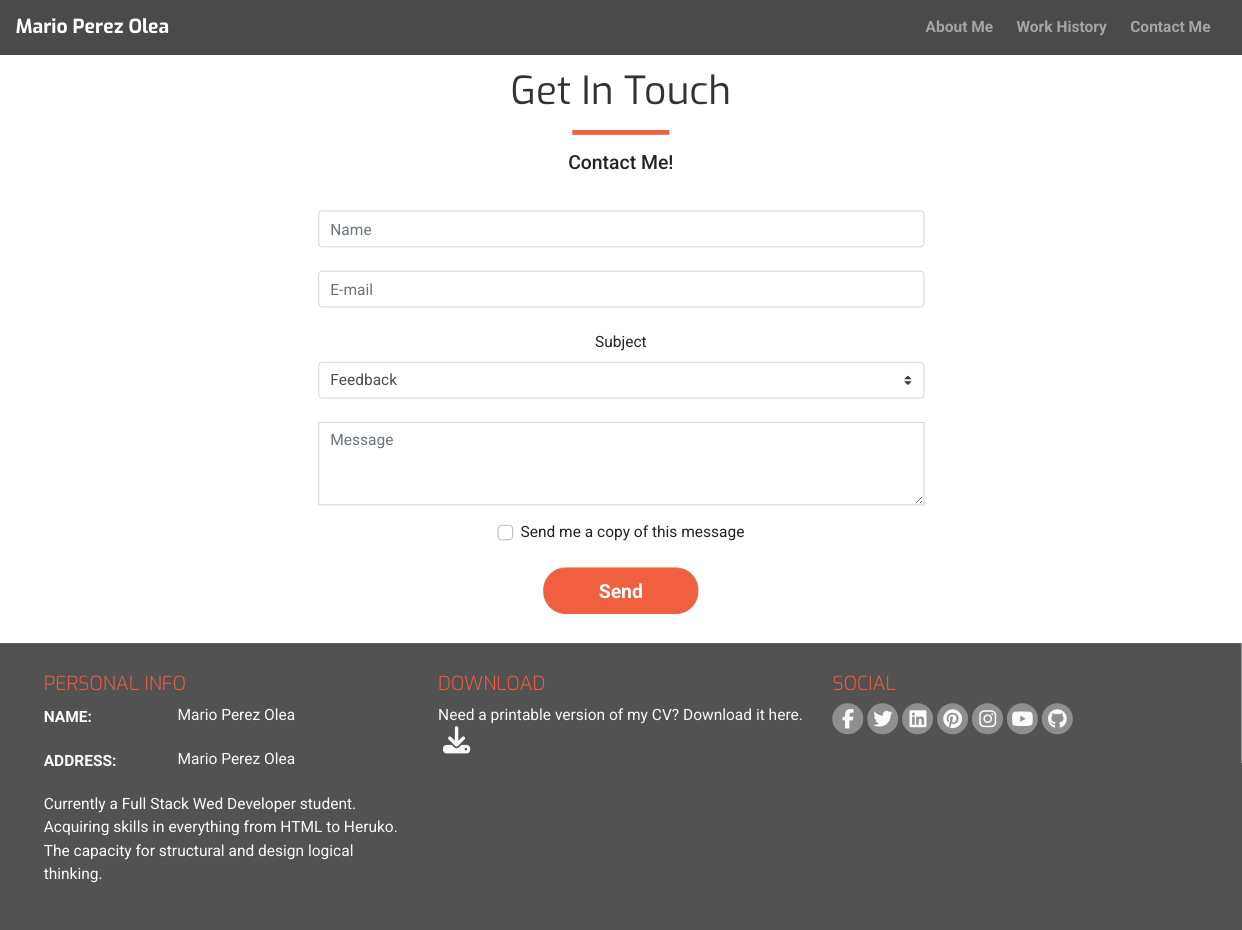
Repository: Supermario78/my-first-milestone-project
Page: contact.html
The author's editor kept a record of every edit. The page is drawn from the files as they stood at one moment, then again after the next edit.
The browser window is 1280 px wide. The pictures show the whole page, at 97% of full size.
Some web libraries are served in a nearby version.

Above is the page before.

### contact.html
<!DOCTYPE html>
<html lang="en">

<head>
    <meta charset="UTF-8">
    <meta name="viewport" content="width=device-width, initial-scale=1.0">
    <meta http-equiv="X-UA-Compatible" content="ie=edge">
    <link rel="stylesheet" href="https://stackpath.bootstrapcdn.com/bootstrap/4.3.1/css/bootstrap.min.css" type="text/css" />
    <link rel="stylesheet" href="https://stackpath.bootstrapcdn.com/font-awesome/4.7.0/css/font-awesome.min.css" type="text/css" />
    <link href="https://fonts.googleapis.com/css?family=Roboto:400,700&display=swap" rel="stylesheet">
    <script src="https://kit.fontawesome.com/2890cdb4fa.js"></script>
    <link rel="stylesheet" href="assets/css/style.css" type="text/css" />
    <title>Personal Profile | Mario Perez Olea</title>
</head>

<body>
    <section class="container-fluid fixed-top">
        <div class="navalert-container navbar-contact">
            <nav class="navbar navbar-dark navbar-expand-sm">
                <a href="index.html" class="navbar-brand">Mario Perez Olea</a>

                <button class="navbar-toggler ml-auto" type="button" data-toggle="collapse" data-target="#navbarNavDropdown" aria-controls="navbarNavDropdown" aria-expanded="false" aria-label="Toggle navigation">
        <span class="navbar-toggler-icon"></span></button>

                <div class="collapse navbar-collapse" id="navbarNavDropdown">
                    <ul class="navbar-nav ml-auto">
                        <li class="nav-item mr-2"><a class="nav-link" href="index.html#about-me">About Me</a></li>
                        <li class="nav-item mr-2"><a class="nav-link" href="work-history.html" class="hvr-sweep-to-bottom">Work History</a></li>
                        <li class="nav-item mr-2"><a class="nav-link" href="contact.html">Contact Me</a></li>
                    </ul>
                </div>
            </nav>
        </div>
    </section>

    <section class="container-fluid">
        <div class="row bg-color-contact-section">
            <div class="col">
                <h3 class="contact-heading text-center">Get In Touch</h3>
                <hr class="block-divider block-divider--orange">

                <h5 class="text-center">Contact Me!</h5>

                <div class="center-form text-center">
                    <!-- Name -->
                    <input type="text" id="defaultContactFormName" class="form-control mb-4" placeholder="Name">

                    <!-- Email -->
                    <input type="email" id="defaultContactFormEmail" class="form-control mb-4" placeholder="E-mail">

                    <!-- Subject -->
                    <label>Subject</label>
                    <select class="browser-default custom-select mb-4">
                        <option value="" disabled>Choose option</option>
                        <option value="1" selected>Feedback</option>
                        <option value="2">Report a bug</option>
                        <option value="3">Request Colaboration</option>
                        <option value="4">Job Prospect</option>
                        <option value="5">Other</option>
                    </select>

                    <!-- Message -->
                    <div class="form-group">
                        <textarea class="form-control rounded-0" id="exampleFormControlTextarea2" rows="3" placeholder="Message"></textarea>
                    </div>

                    <!-- Copy -->
                    <div class="custom-control custom-checkbox mb-4">
                        <input type="checkbox" class="custom-control-input" id="defaultContactFormCopy">
                        <label class="custom-control-label" for="defaultContactFormCopy">Send me a copy of this message</label>
                    </div>

                    <!-- Send button -->
                    <button class="btn btn-lg btn--cta btn--red" type="submit">Send</button>

                    </form>
                </div>
            </div>
        </div>
    </section>
    <!-----------------  footer -------->

    <footer class="container-fluid">
        <div id="footer-details" class="row footer-contact">
            <div class="col-sm-4 bg-color-personal-info section-column">
                <div class="row">
                    <div class="col-12">
                        <h5 class="uppercase general-sub">Personal Info</h5>
                    </div>
                </div>
                <div class="personal-info-item">
                    <div class="key">
                        <p class="uppercase">
                            Name:
                        </p>
                    </div>
                    <div class="value">
                        <p>
                           Mario Perez Olea
                        </p>
                    </div>
                </div>
                <div class="personal-info-item">
                    <div class="key">
                        <p class="uppercase">
                            Address:
                        </p>
                    </div>
                    <div class="value">
                        <p>
                           Mario Perez Olea
                        </p>
                    </div>
                </div>

                <p class="inline-block">
                    Currently a Full Stack Wed Developer student. Acquiring skills in everything from HTML to Heruko. The capacity for structural and design logical thinking.
                </p>
            </div>
            <div class="col-sm-4">
                <h5 class="uppercase general-sub">Download</h5>
                <p class="inline-block">
                    Need a printable version of my CV? Download it here.
                    <a href="assets/images/sample-cv.pdf" target="_blank" class="cv-pdf">
                        <i class="fa fa-download" aria-hidden="true"></i>
                        <span class="sr-only">Donwload link.</span>
                    </a>
                </p>
            </div>
            <div class="col-sm-4">
                <h5 class="uppercase general-sub">Social</h5>
                <ul class="list-inline social-links">
                    <li class="list-inline-item">
                        <a target="_blank" href="https://www.facebook.com/mpolea">
                            <i class="fab fa-facebook-f" aria-hidden="true"></i>
                            <span class="sr-only">Facebook</span>
                        </a>
                    </li>
                    <li class="list-inline-item">
                        <a target="_blank" href="https://twitter.com/MJAPO_2013">
                            <i class="fab fa-twitter" aria-hidden="true"></i>
                            <span class="sr-only">Twitter</span>
                        </a>
                    </li>
                    <li class="list-inline-item">
                        <a target="_blank" href="https://www.linkedin.com/in/marioperezolea/">
                            <i class="fab fa-linkedin" aria-hidden="true"></i>
                            <span class="sr-only">LinkedIn</span>
                        </a>
                    </li>
                    <li class="list-inline-item">
                        <a target="_blank" href="#">
                            <i class="fab fa-pinterest" aria-hidden="true"></i>
                            <span class="sr-only">Pinterest</span>
                        </a>
                    </li>
                    <li class="list-inline-item">
                        <a target="_blank" href="#">
                            <i class="fab fa-instagram" aria-hidden="true"></i>
                            <span class="sr-only">Instagram</span>
                        </a>
                    </li>
                    <li class="list-inline-item">
                        <a target="_blank" href="https://www.youtube.com/channel/UCkFh0lc0NAoH8dJ1NBmKNEQ">
                            <i class="fab fa-youtube" aria-hidden="true"></i>
                            <span class="sr-only">Youtube</span>
                        </a>
                    </li>
                    <li class="list-inline-item">
                        <a target="_blank" href="https://github.com/Supermario78">
                            <i class="fab fa-github" aria-hidden="true"></i>
                            <span class="sr-only">GitHub</span>
                        </a>
                    </li>
                </ul>
            </div>
        </div>
        </div>
    </footer>
    <!-------- /. footer ------->

    <div class="modal" tabindex="-1" role="dialog" id="getintouchModal">
        <div class="modal-dialog" role="document">
            <div class="modal-content">
                <div class="modal-header">
                    <h5 class="modal-title">Get In Touch</h5>
                    <button type="button" class="close" data-dismiss="modal" aria-label="Close">
                        <span aria-hidden="true">&times;</span>
                    </button>
                </div>
                <!-- Default form contact -->
                <form class="text-center border border-light p-5" action="#!">

                    <p class="h4 mb-4">Contact Me!</p>

                    <!-- Name -->
                    <input type="text" id="defaultContactFormName" class="form-control mb-4" placeholder="Name">

                    <!-- Email -->
                    <input type="email" id="defaultContactFormEmail" class="form-control mb-4" placeholder="E-mail">

                    <!-- Subject -->
                    <label>Subject</label>
                    <select class="browser-default custom-select mb-4">
                        <option value="" disabled>Choose option</option>
                        <option value="1" selected>Feedback</option>
                        <option value="2">Report a bug</option>
                        <option value="3">Request Colaboration</option>
                        <option value="4">Job Prospect</option>
                    </select>

                    <!-- Message -->
                    <div class="form-group">
                        <textarea class="form-control rounded-0" id="exampleFormControlTextarea2" rows="3" placeholder="Message"></textarea>
                    </div>

                    <!-- Copy -->
                    <div class="custom-control custom-checkbox mb-4">
                        <input type="checkbox" class="custom-control-input" id="defaultContactFormCopy">
                        <label class="custom-control-label" for="defaultContactFormCopy">Send me a copy of this message</label>
                    </div>

                    <!-- Send button -->
                    <button class="btn btn-lg btn--cta btn--red" type="submit">Send</button>

                </form>
                <!-- Default form contact -->
            </div>
        </div>
    </div>

    <script src="https://code.jquery.com/jquery-3.3.1.slim.min.js" integrity="sha384-q8i/X+965DzO0rT7abK41JStQIAqVgRVzpbzo5smXKp4YfRvH+8abtTE1Pi6jizo" crossorigin="anonymous"></script>
    <script src="https://cdnjs.cloudflare.com/ajax/libs/popper.js/1.14.7/umd/popper.min.js" integrity="sha384-UO2eT0CpHqdSJQ6hJty5KVphtPhzWj9WO1clHTMGa3JDZwrnQq4sF86dIHNDz0W1" crossorigin="anonymous"></script>
    <script src="https://stackpath.bootstrapcdn.com/bootstrap/4.3.1/js/bootstrap.min.js" integrity="sha384-JjSmVgyd0p3pXB1rRibZUAYoIIy6OrQ6VrjIEaFf/nJGzIxFDsf4x0xIM+B07jRM" crossorigin="anonymous"></script>

</body>

</html>

### assets/css/style.css
@import url('https://fonts.googleapis.com/css?family=Roboto:100,200,300,400,500,600,700|Exo:100,200,300,400,500,600,700');

body {
	font-family: 'Roboto', sans-serif;
}

.bg-color-name-history-title {
	background-color: #676767;
}

.bg-color-work-history {
	background-color: #e84610;
}

.contact-heading {
	color: #333;
	text-align: center;
	font-family: "Exo", sans-serif;
	font-weight: 400;
	font-size: 40px;
	position: relative;
	margin-top: 70px;
}

.center-form {
	padding-top: 10px;
	margin: 0 auto;
	max-width: 70%;
}

.history-name {
	font-family: "Exo", sans-serif;
	font-weight: 100px;
	font-size: 28px;
	margin-top: 20px;
	color: #f05f40;
}

.list-inline-item:not(:last-child) {
	margin: 0;
}

.menucontainer {
	font-size: 0;
}

#nav {
	margin: 0;
}

#nav li {
	font-size: 14px;
	padding: 0;
}

.menuitem {
	height: 90px;
	text-align: center;
	padding: 0;
}

.menuitem a {
	width: 100%;
	text-decoration: none;
	color: #fff;
	height: 90px;
}

.menuitem a i {
	padding-top: 22px;
	display: block;
	color: #fafafa;
	font-size: 26px;
}

.menuitem span {
	display: block;
	width: 100%;
	padding-top: 5px;
	text-align: center;
	text-transform: uppercase;
	font-size: 14px;
	font-weight: 300;
	letter-spacing: 2px;
}

#nav li:hover {
	color: #fafafa;
	background: #e84610;
	transition: all 0.5s ease-in-out;
	-moz-transition: all 0.5s ease-in-out;
	-webkit-transition: all 0.5s ease-in-out;
	-o-transition: all 0.5s ease-in-out;
}

.welcome-container {
	height: 100vh;

	background: url("../images/landscape.jpeg") no-repeat bottom right fixed;
	-webkit-background-size: cover;
	-moz-background-size: cover;
	-o-background-size: cover;
	background-size: cover;

	display: flex;
	align-items: center;
	justify-content: center;

	position: relative;
}


.opaque-overlay {
	position: absolute;
	top: 0;
	left: 0;
	height: 100%;
	width: 100%;
	background-color: rgba(0, 0, 0, 0.5);
}

.video-container {
	display: flex;
	align-items: center;
	justify-content: center;
	margin-top: 50px;
	margin-bottom: 15px;
}


/* -------------- Special paddings/margins/text ------ */

/* -------------- Block dividers ------ */

.block-divider {
	width: 100px;
	height: 5px;
	border: 0;
}

.block-divider--orange {
	background-color: #f05f40;
}

.block-divider--short {
	width: 35px;
}

/* --------------- Navbar ------------- */

.navalert-container {
	position: absolute;
	top: 0;
	left: 0;
	padding-left: 0;
	padding-right: 0;
}

.navbar {
	margin-bottom: 0;
	border: 0;
	width: 100%;
	background-color: rgba(0, 0, 0, 0.1);
	z-index: 1;
}

.navbar-work,
.navbar-contact {
	position: fixed;
	margin-bottom: 20px;
	border: 0;
	width: 100%;
	background-color: #525252;
	z-index: 1;
}

.navbar-work {
	position: fixed;
}

.navbar .navbar-toggler {
	border: 0;
}

.navbar-brand {
	font-family: "Exo";
	sans-serif;
	color: #fff;
	font-weight: bold;
}

.navbar-dark .navbar-brand:hover {
    color: #e84610;
}

.navbar .navbar-nav a {
	color: #fff;
	font-weight: bold;
}


/* --------------  Jumbotron ------------*/

.jumbotron {
	background-color: transparent;
}

.jumbotron-header {
	font-family: "Exo";
	sans-serif;
	color: #fff;
	font-weight: 400;
	font-size: 46px;
	margin-top: 50px;
	margin-bottom: 30px;
}

.jumbotron .lead {
	font-family: "Roboto";
	sans-serif;
	margin: 25px;
	color: #fff;
	margin-bottom: 30px;
}

/* ----------------. Buttons ------------- */

.btn--cta {
	font-weight: bold;
	border-radius: 23px;
	width: 160px;
}

.btn--red {
	color: white;
	background-color: #f05f40;
	border-color: #f05f40;
}


.btn--red:hover,
.btn--red:active,
.btn--red:focus,
.btn--red:active:focus {
	background-color: #df4929;
	border-color: #df4929;
	color: white;
}

.history-heading,
.section-heading {
	color: #333;
	text-align: center;
	font-family: "Exo", sans-serif;
	font-weight: 400;
	font-size: 40px;
	position: relative;
	margin: 30px 0 60px;

}

.section-heading::after {
	content: "";
	width: 100px;
	position: absolute;
	margin: 0 auto;
	height: 5px;
	background: #f05f40;
	left: 0;
	right: 0;
	bottom: -10px;
}


.logo {
	background: url("../images/mario-pic2.jpg");
	background-position: center;
	background-repeat: no-repeat;
	background-size: cover;
	min-height: 360px;
	transition: all .5s ease-in-out;
	-moz-transition: all .5s ease-in-out;
	-webkit-transition: all .5s ease-in-out;
	-o-transition: all .5s ease-in-out;
}

/* --------------------- Media Queries -------------*/
.mobile-view {
	display: none;
}

@media screen and (max-width: 600px) {
	.mobile-view {
		display: block;
	}
	.desktop-view {
		display: none;
	}
}

@media(min-width: 992px) {
	.center-form {
		padding-top: 30px;
		min-height: 240px;
		margin: 0 auto;
		max-width: 50%;
	}
}

/* --------------------- Carousel -------------*/

h2 {
	color: #333;
	text-align: center;
	font-family: "Exo", sans-serif;
	font-weight: 400;
	font-size: 40px;
	position: relative;
	margin: 30px 0 60px;
}

h2::after {
	content: "";
	width: 100px;
	position: absolute;
	margin: 0 auto;
	height: 5px;
	background: #f05f40;
	left: 0;
	right: 0;
	bottom: -10px;
}

.col-center {
	margin: 0 auto;
	float: none !important;
}

.carousel {
	margin: 50px auto;
	padding: 0 70px;
}

.carousel .item {
	color: #999;
	font-size: 14px;
	text-align: center;
	overflow: hidden;
	min-height: 290px;
}

.carousel .item .img-box {
	width: 135px;
	height: 135px;
	margin: 0 auto;
	padding: 5px;
	border: 1px solid #ddd;
	border-radius: 50%;
}

.carousel .img-box img {
	width: 100%;
	height: 100%;
	display: block;
	border-radius: 50%;
}

.carousel .testimonial {
	padding: 20px 0 10px;
}

.carousel-item .testimonial:before {
	content: "\f10d";
	font-family: 'Fontawesome';
	float: left;
	margin-right: 10px;
}

.carousel .overview {
	font-style: italic;
}

.carousel .overview b {
	text-transform: uppercase;
	color: #f05f40;
}

.carousel .carousel-control {
	width: 40px;
	height: 40px;
	margin-top: -20px;
	top: 50%;
	background: none;
}

.carousel-control i {
	font-size: 68px;
	line-height: 42px;
	position: absolute;
	display: inline-block;
	color: rgba(0, 0, 0, 0.8);
	text-shadow: 0 3px 3px #e6e6e6, 0 0 0 #000;
}

.carousel .carousel-indicators {
	bottom: -40px;
}

.carousel-indicators li,
.carousel-indicators li.active {
	width: 10px;
	height: 10px;
	margin: 1px 3px;
	border-radius: 50%;
}

.carousel-indicators li {
	background: #999;
	border-color: transparent;
	box-shadow: inset 0 2px 1px rgba(0, 0, 0, 0.2);
}

.carousel-indicators li.active {
	background: #555;
	box-shadow: inset 0 2px 1px rgba(0, 0, 0, 0.2);
}

/* ------------------------------ Footer ------ */

.footer-contact {
	margin-top: 30px;
	margin-bottom: 0px;

}

.uppercase {
	text-transform: uppercase;
}

.general-sub {
	font-family: "Exo";
	sans-serif;
	font-weight: 300;
	color: #f05f40;
}

.inline-block {
	display: inline-block;
}

footer {
	background-color: #525252;
	color: #fafafa;
	min-height: 120px;
	margin: 0;
}

.cv-pdf i {
	font-size: 28px;
	color: #fafafa;
	text-align: center;
	padding-left: 5px;
	transition: all 0.5s ease-in-out;
	-moz-transition: all 0.5s ease-in-out;
	-webkit-transition: all 0.5s ease-in-out;
	-o-transition: all 0.5s ease-in-out;
}

.cv-pdf i:hover {
	color: #e84610;
}


#footer-details {
	padding: 30px;
}

.social-links {
	padding-bottom: 15px;
}

.social-links li a i {
	width: 32px;
	height: 32px;
	padding: 12px 0;
	border-radius: 50%;
	font-size: 20px;
	line-height: 7px;
	text-align: center;
	color: #fafafa;
	background: #8f8f8f;
	transition: all 0.5s ease-in-out;
	-moz-transition: all 0.5s ease-in-out;
	-webkit-transition: all 0.5s ease-in-out;
	-o-transition: all 0.5s ease-in-out;
}

.social-links li a i:hover {
	background: #e84610;
}

.social-links li a i.fab.fa-facebook-f:hover {
	background-color: #3b5998;
}

.social-links li a i.fab.fa-twitter:hover {
	background-color: #38A1F3;
}

.social-links li a i.fab.fa-linkedin:hover {
	background-color: #0077B5;
}

.social-links li a i.fab.fa-pinterest:hover {
	background-color: #c8232c;
}

.social-links li a i.fab.fa-instagram:hover {
	background-color: #c13584;
}

.social-links li a i.fab.fa-youtube:hover {
	background-color: #c4302b;
}

.social-links li a i.fab.fa-github:hover {
	background-color: #211f1f;
}

/* -------------------------------------------------Three Points */

.three-points-icon {
	font-size: 26px;
	color: #f05f40;
}

.section-heading {
	color: #333;
	font-family: "Exo", sans-serif;
	font-weight: 400;
	font-size: 40px;
	position: relative;
	margin: 30px 0 60px;
}

.three-points-heading {
	margin-bottom: 15px;
}

.navbar-brand-history {
	color: #f05f40;
	font-family: "Exo", sans-serif;
	font-weight: 400;
	font-size: 24px;
}

.navbar-history {
	background-color: #525252;
	color: #fafafa;
}

.history-section {
	height: 100vh;
	margin: 60px 20px;
}

/* --------------- Working History ------------- */

.history-heading {
	color: #fafafa;
}

.history-heading::after {
	content: "";
	width: 100px;
	position: absolute;
	margin: 0 auto;
	height: 5px;
	background: #fafafa;
	left: 0;
	right: 0;
	bottom: -10px;
}

.timeline-item {
	padding :4em 2em 0em 2em;
	position: relative;
	color: #fafafa;
	border-left: 1px solid;
}

.timeline-item p {
	padding: 0;
	margin: 0;
}

.timeline-item:before {
	content: attr(data-dates);
	position: absolute;
	left: 2.5em;
	top: 3em;
	display: block;
	font-family: "Exo" , sans-serif;
	font-weight: 500;
	font-size: 0.8em;
	padding: 0;
	margin: 0;
}

.timeline-item:after {
	width: 12px;
	height: 12px;
	display: block;
	top: 2.4em;
	position: absolute;
	left: -6px;
	border-radius: 12px;
	content: '';
	background: #fafafa;
}

.history-items {
margin-bottom: 30px;
}

.history-body {
	margin-top: 40px;
}


/* --------------- Skills ------------- */

.progress {
	position: relative;
	height: 25px;
	margin-bottom: 4px;
}

.progress-type {
	position: absolute;
	left: 0px;
	font-weight: 400;
	padding: 3px 30px 2px 10px;
	color: #fafafa;
	background-color: rgba(25, 25, 25, 0.2)
}

.progress-section {
	margin: 40px 20px;
}

/* --------------- Footer Personal Info. ------------- */

.personal-info-item {
	margin-bottom: 20px;
	display: block;
	clear: both;
}

.personal-info-item .key,
.personal-info-item .value {
	padding-right: 8px;
	display: inline-block;
}

.personal-info-item .key p,
.personal-info-item .value p {
	margin: 0;
}

.personal-info-item .key {
	width: 30%;
	margin-right: 21px;
	padding-top: 2px;
	vertical-align: top;
}

.personal-info-item .key p {
	font-weight: 700;
}

.personal-info-item .value {
	position: relative;
	width: 60%;
}

After the next edit:
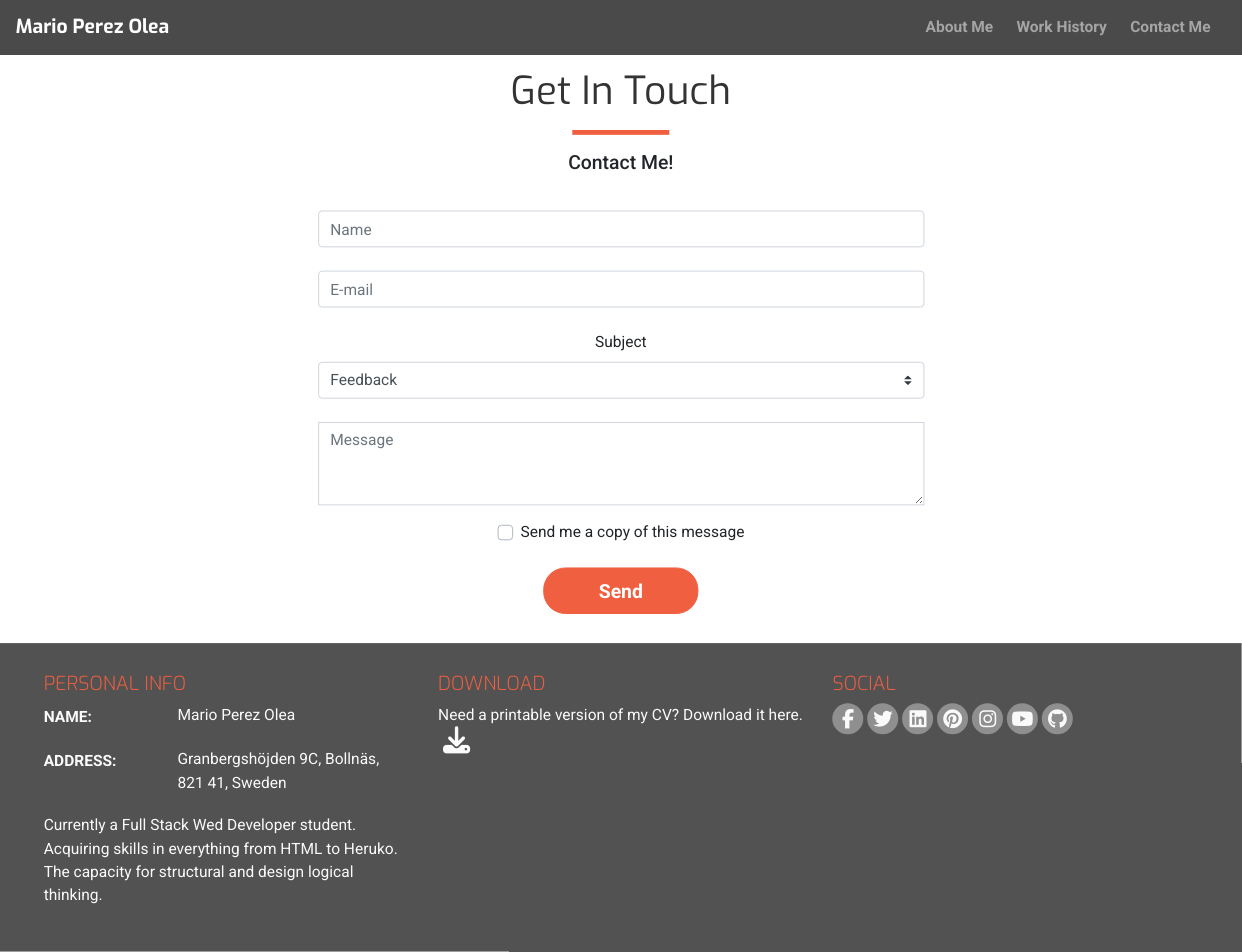
The edit:
--- a/contact.html
+++ b/contact.html
@@ -108,7 +108,7 @@
                     </div>
                     <div class="value">
                         <p>
-                           Mario Perez Olea
+                           Granbergshöjden 9C, Bollnäs, 821 41, Sweden
                         </p>
                     </div>
                 </div>
